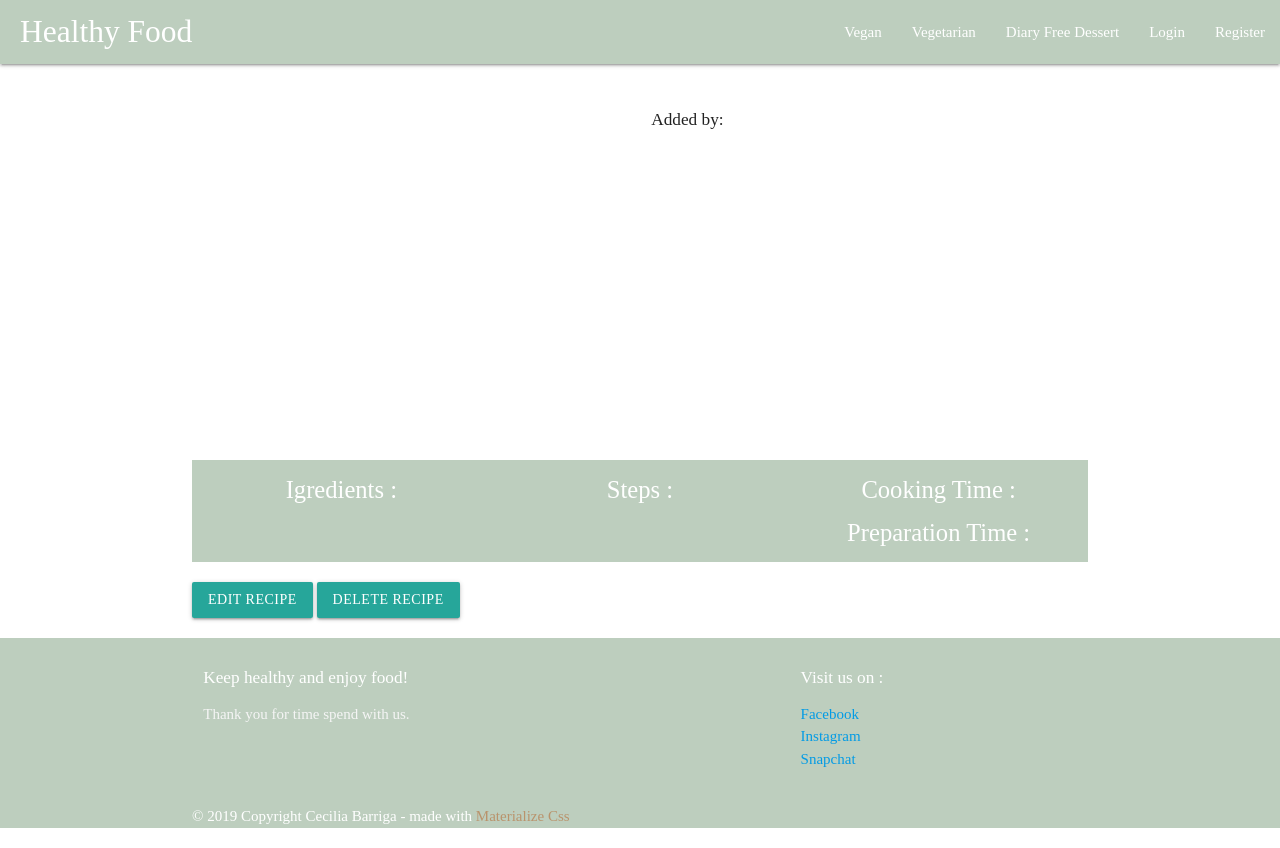
Repository: cesole/cookbook
Page: templates/recipe.html
The author's editor kept a record of every edit. The page is drawn from the files as they stood at one moment, then again after the next edit.
The browser window is 1280 px wide. The pictures show the whole page.
Some web fonts or font styles are not loaded; a fallback is used. The page is served by the project's application, run on Flask 3 (app.py). The template is opened directly, without the code that normally fills it, so the values that code supplies are empty.

Above is the page before.

After the next edit:
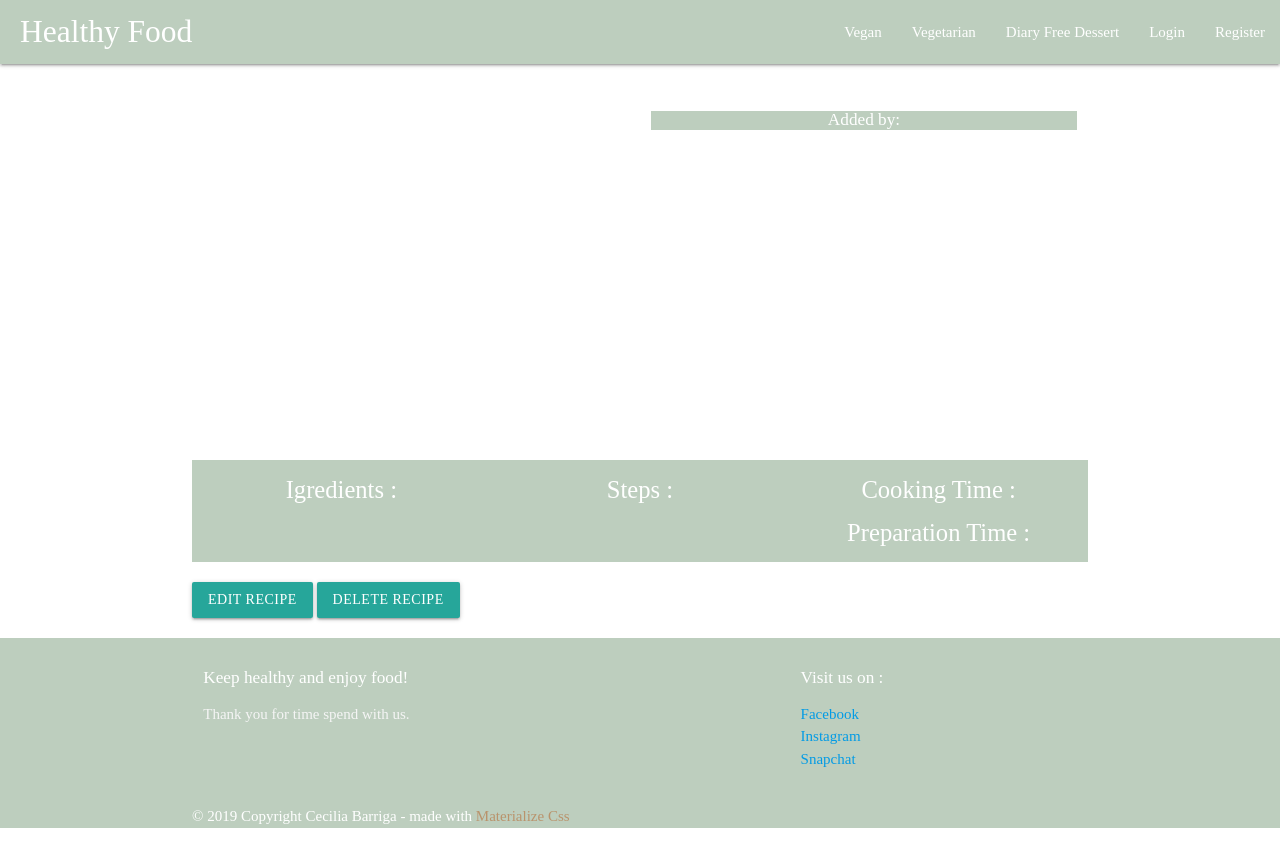
The edit:
--- a/templates/recipe.html
+++ b/templates/recipe.html
@@ -10,7 +10,7 @@
             <img class="responsive-img" src="{{meal.image}}">
         </div>
         <div class="col s12 m6">
-            <h6>Added by: </h6>
+            <h6 class="white">Added by: </h6>
             <h6 class="orange-text text-lighten-3">{{meal.author}}</h6>
             <p class="description white">{{meal.dish_description}}</p>
         </div>
